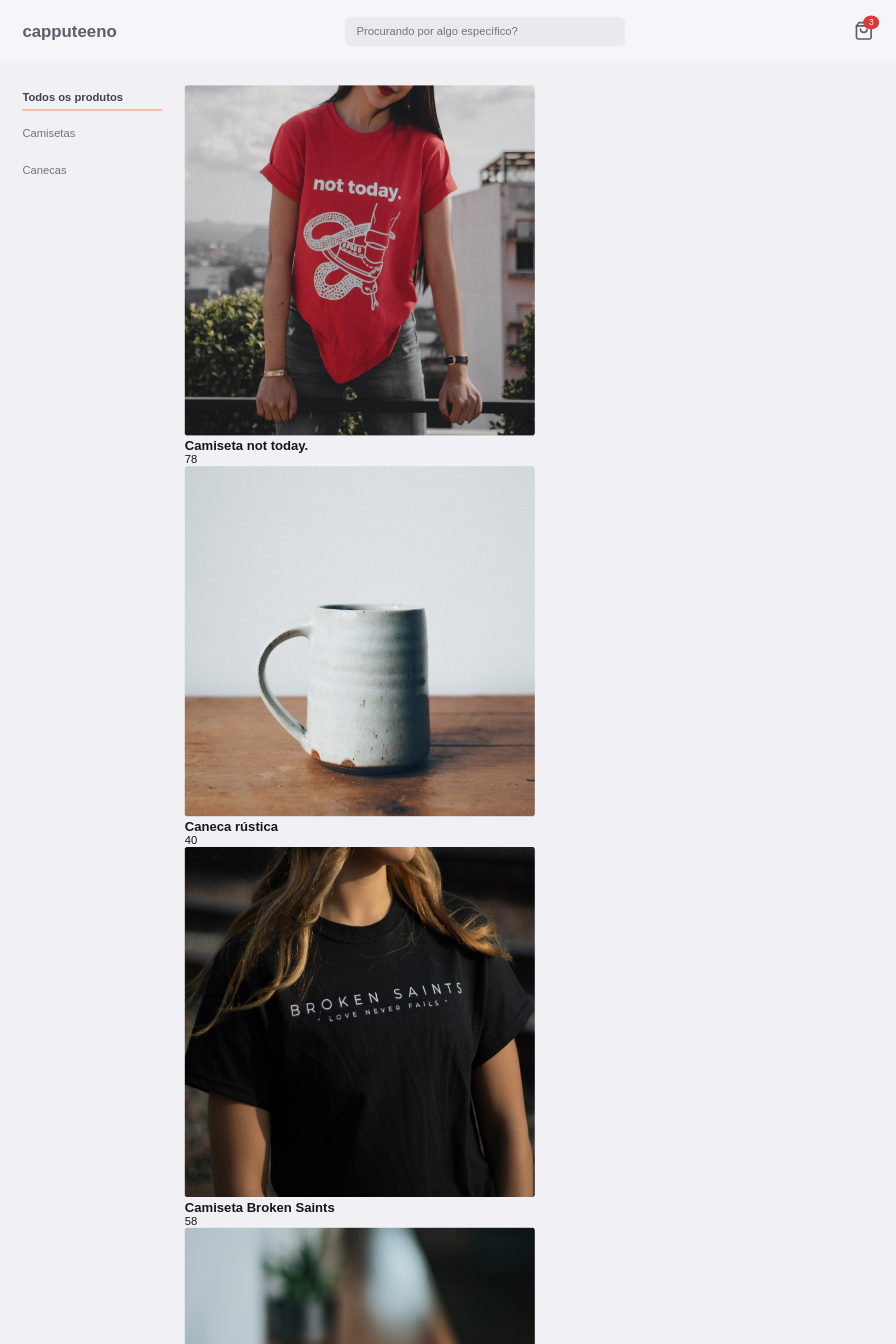
Repository: Biel-barbosa/capputeenoecomerce
Page: /
These files come from the project's save history. The page is drawn as it stood at one moment and after the next save; the edit follows.
The browser window is 1280 px wide. The pictures show the part of the page from y = 0 to 1920 px (the page is 6701 px tall before and 4445 px after), at 70% of full size.
The project was rebuilt for these pictures with package versions that can differ from the ones it lists, and the page was loaded fresh each time. The framework's server and built-in components were replaced by stand-ins that run in the browser. Also part of the build but not shown: next.config.ts.

Above is the page before, as saved 2025-04-22 19:59:33.

### src/app/page.tsx
'use client';
import { useState, useMemo } from 'react';
import styled from 'styled-components';
import Header from '../components/Header';
import CategoryFilter from '../components/CategoryFilter';
import ProductsList from '../components/ProductsList';
import { products as allProducts } from '../data/products';
import { Product } from '../data/products';

const Container = styled.main`
  padding: 2rem;
  display: flex;
  flex-direction: column;
  gap: 2rem;
  background-color: #f0f0f5; // Fundo do body
`;

const ContentWrapper = styled.section`
  display: flex;
  gap: 2rem;
  width: 100%;

  @media (max-width: 768px) {
    flex-direction: column;
  }
`;

const MainContent = styled.div`
  flex: 1;
`;

const HomePage = () => {
  const [selectedCategory, setSelectedCategory] = useState('all');
  const [searchTerm, setSearchTerm] = useState('');

  const filteredProducts = useMemo(() => {
    return allProducts.filter((product: Product) => {
      const matchesCategory =
        selectedCategory === 'all' || product.category === selectedCategory;
      const matchesSearch = product.title
        .toLowerCase()
        .includes(searchTerm.toLowerCase());
      return matchesCategory && matchesSearch;
    });
  }, [selectedCategory, searchTerm]);

  return (
    <>
      <Header onSearch={setSearchTerm} />
      <Container>
        <ContentWrapper>
          <CategoryFilter
            selectedCategory={selectedCategory}
            onSelectCategory={setSelectedCategory}
          />
          <MainContent>
            <ProductsList products={filteredProducts} />
          </MainContent>
        </ContentWrapper>
      </Container>
    </>
  );
};

export default HomePage;

### src/components/Header.tsx
'use client';
import styled from 'styled-components';
import { FiShoppingBag } from 'react-icons/fi';

type HeaderProps = {
  onSearch?: (value: string) => void;
};

const HeaderContainer = styled.header`
  width: 100%;
  padding: 1.5rem 2rem;
  display: flex;
  align-items: center;
  justify-content: space-between;
  background-color: #f5f5fa;
  flex-wrap: wrap;
  gap: 1rem;
`;

const Logo = styled.h1`
  font-size: 1.5rem;
  font-weight: 600;
  color: #5d5d6d;
`;

const SearchInput = styled.input`
  flex: 1;
  max-width: 400px;
  margin: 0 2rem;
  padding: 0.75rem 1rem;
  border: none;
  border-radius: 8px;
  background: #e9e9f0;
  font-size: 1rem;
  color: #737380;

  &:focus {
    outline: 2px solid #115d8c;
  }

  @media (max-width: 768px) {
    margin: 0;
    width: 100%;
    order: 3;
  }
`;

const CartButton = styled.button`
  position: relative;
  background: none;
  border: none;
  cursor: pointer;

  svg {
    font-size: 1.75rem;
    color: #5d5d6d;
  }
`;

const CartCount = styled.span`
  position: absolute;
  top: -8px;
  right: -8px;
  background-color: #de3838;
  color: white;
  border-radius: 50%;
  font-size: 0.75rem;
  padding: 0.25rem 0.5rem;
  line-height: 1;
`;

const Header = ({ onSearch }: HeaderProps) => {
  const cartItemCount = 3; // Trocar por dados reais depois

  return (
    <HeaderContainer>
      <Logo>capputeeno</Logo>

      <SearchInput
        type="text"
        placeholder="Procurando por algo específico?"
        onChange={(e) => onSearch?.(e.target.value)}
      />

      <CartButton>
        <FiShoppingBag />
        <CartCount>{cartItemCount}</CartCount>
      </CartButton>
    </HeaderContainer>
  );
};

export default Header;

### src/components/CategoryFilter.tsx
'use client';
import styled from 'styled-components';

const Wrapper = styled.aside`
  display: flex;
  flex-direction: column;
  gap: 1rem;
  min-width: 200px;

  @media (max-width: 768px) {
    display: none; // Podemos melhorar isso depois com dropdown
  }
`;

const Button = styled.button<{ isActive: boolean }>`
  text-align: left;
  padding: 0.5rem 0;
  border: none;
  background: none;
  font-size: 1rem;
  font-weight: ${({ isActive }) => (isActive ? 'bold' : 'normal')};
  color: ${({ isActive }) => (isActive ? '#41414d' : '#737380')};
  border-bottom: 2px solid ${({ isActive }) => (isActive ? '#ffa585' : 'transparent')};
  cursor: pointer;

  &:hover {
    color: #41414d;
  }
`;

type Props = {
    selectedCategory: string;
    onSelectCategory: (category: string) => void;
};

const CategoryFilter = ({ selectedCategory, onSelectCategory }: Props) => {
    return (
        <Wrapper>
            <Button
                isActive={selectedCategory === 'all'}
                onClick={() => onSelectCategory('all')}
            >
                Todos os produtos
            </Button>
            <Button
                isActive={selectedCategory === 't-shirts'}
                onClick={() => onSelectCategory('t-shirts')}
            >
                Camisetas
            </Button>
            <Button
                isActive={selectedCategory === 'mugs'}
                onClick={() => onSelectCategory('mugs')}
            >
                Canecas
            </Button>
        </Wrapper>
    );
};

export default CategoryFilter;

### src/components/ProductsList.tsx
'use client';
import { useState } from 'react';
import Image from 'next/image'; // Importe o Image do Next.js
import { Product } from '@/data/products'; // Certifique-se de que você tem o tipo de dados correto

const ProductsList = ({ products }: { products: Product[] }) => {
    const [currentPage, setCurrentPage] = useState(1);
    const productsPerPage = 12; // 12 itens por página

    const indexOfLastProduct = currentPage * productsPerPage;
    const indexOfFirstProduct = indexOfLastProduct - productsPerPage;
    const currentProducts = products.slice(indexOfFirstProduct, indexOfLastProduct);

    const paginate = (pageNumber: number) => setCurrentPage(pageNumber);

    const totalPages = Math.ceil(products.length / productsPerPage);

    return (
        <div>
            <div className="grid grid-cols-4 gap-6">
                {currentProducts.map((product) => (
                    <div key={product.id} className="card">
                        <Image
                            src={product.image}
                            alt={product.title}
                            width={500} // Defina um tamanho para a imagem
                            height={500} // Defina um tamanho para a imagem
                        />
                        <h3>{product.title}</h3>
                        <p>{product.price}</p>
                    </div>
                ))}
            </div>
            <div className="pagination">
                <button onClick={() => paginate(currentPage - 1)} disabled={currentPage === 1}>
                    Anterior
                </button>
                {[...Array(totalPages).keys()].map((number) => (
                    <button key={number} onClick={() => paginate(number + 1)}>
                        {number + 1}
                    </button>
                ))}
                <button onClick={() => paginate(currentPage + 1)} disabled={currentPage === totalPages}>
                    Próximo
                </button>
            </div>
        </div>
    );
};

export default ProductsList;

### src/data/products.ts
export type Product = {
    id: string;
    title: string;
    image: string;
    price: number;
    category: 't-shirts' | 'mugs';
    description: string;
    createdAt: Date;
    sales: number;
};

export const products: Product[] = [
    {
        id: '1',
        title: 'Camiseta not today.',
        image: '/images/Camiseta-not-today.jpg',
        price: 78.0,
        category: 't-shirts',
        description: 'Aqui vem um texto descritivo do produto, esta caixa de texto servirá apenas de exemplo para que simule algum texto que venha a ser inserido nesse campo, descrevendo tal produto.',
        createdAt: new Date('2024-03-01'),
        sales: 30,
    },
    {
        id: '2',
        title: 'Caneca rústica',
        image: '/images/Caneca-ceramica-rustica.jpg',
        price: 40.0,
        category: 'mugs',
        description: 'Aqui vem um texto descritivo do produto, esta caixa de texto servirá apenas de exemplo para que simule algum texto que venha a ser inserido nesse campo, descrevendo tal produto.',
        createdAt: new Date('2024-04-10'),
        sales: 80,
    },
    {
        id: '3',
        title: 'Camiseta Broken Saints',
        image: '/images/Camiseta-broken-saints.jpg',
        price: 58.0,
        category: 't-shirts',
        description: 'Aqui vem um texto descritivo do produto, esta caixa de texto servirá apenas de exemplo para que simule algum texto que venha a ser inserido nesse campo, descrevendo tal produto.',
        createdAt: new Date('2024-01-15'),
        sales: 45,
    },
    {
        id: '4',
        title: 'Caneca Black Ring',
        image: '/images/Caneca-Black-Ring.jpg',
        price: 32.0,
        category: 'mugs',
        description: 'Aqui vem um texto descritivo do produto, esta caixa de texto servirá apenas de exemplo para que simule algum texto que venha a ser inserido nesse campo, descrevendo tal produto.',
        createdAt: new Date('2024-02-20'),
        sales: 60,
    },
    {
        id: '5',
        title: 'Camiseta Outcast',
        image: '/images/Camiseta-outcast.jpg',
        price: 89.9,
        category: 't-shirts',
        description: 'Aqui vem um texto descritivo do produto, esta caixa de texto servirá apenas de exemplo para que simule algum texto que venha a ser inserido nesse campo, descrevendo tal produto.',
        createdAt: new Date('2024-04-05'),
        sales: 50,
    },
    {
        id: '6',
        title: 'Caneca The Grounds',
        image: '/images/Caneca-The-Grounds.jpg',
        price: 85.0,
        category: 'mugs',
        description: 'Aqui vem um texto descritivo do produto, esta caixa de texto servirá apenas de exemplo para que simule algum texto que venha a ser inserido nesse campo, descrevendo tal produto.',
        createdAt: new Date('2024-03-10'),
        sales: 75,
    },
    {
        id: '7',
        title: 'Camiseta evening',
        image: '/images/Camiseta-evening.jpg',
        price: 69.9,
        category: 't-shirts',
        description: 'Aqui vem um texto descritivo do produto, esta caixa de texto servirá apenas de exemplo para que simule algum texto que venha a ser inserido nesse campo, descrevendo tal produto.',
        createdAt: new Date('2024-03-11'),
        sales: 62,
    },
    {
        id: '8',
        title: 'Caneca preto fosco',
        image: '/images/Caneca-preto-fosco.jpg',
        price: 28.0,
        category: 'mugs',
        description: 'Aqui vem um texto descritivo do produto, esta caixa de texto servirá apenas de exemplo para que simule algum texto que venha a ser inserido nesse campo, descrevendo tal produto.',
        createdAt: new Date('2024-03-12'),
        sales: 58,
    },
    {
        id: '9',
        title: 'Caneca Never settle',
        image: '/images/Caneca-Never-settle.jpg',
        price: 43.0,
        category: 'mugs',
        description: 'Aqui vem um texto descritivo do produto, esta caixa de texto servirá apenas de exemplo para que simule algum texto que venha a ser inserido nesse campo, descrevendo tal produto.',
        createdAt: new Date('2024-03-13'),
        sales: 54,
    },
    {
        id: '10',
        title: 'Caneca Rocketseat',
        image: '/images/Caneca-Decaf!-P&Co.jpg',
        price: 59.9,
        category: 'mugs',
        description: 'Aqui vem um texto descritivo do produto, esta caixa de texto servirá apenas de exemplo para que simule algum texto que venha a ser inserido nesse campo, descrevendo tal produto.',
        createdAt: new Date('2024-03-14'),
        sales: 48,
    },
    {
        id: '11',
        title: 'Camiseta DREAMER',
        image: '/images/Camiseta-DREAMER.jpg',
        price: 55.0,
        category: 't-shirts',
        description: 'Aqui vem um texto descritivo do produto, esta caixa de texto servirá apenas de exemplo para que simule algum texto que venha a ser inserido nesse campo, descrevendo tal produto.',
        createdAt: new Date('2024-03-15'),
        sales: 52,
    },
    {
        id: '12',
        title: 'Caneca Decaf! P&Co',
        image: '/images/Caneca-Decaf!-P&Co.jpg',
        price: 32.0,
        category: 'mugs',
        description: 'Aqui vem um texto descritivo do produto, esta caixa de texto servirá apenas de exemplo para que simule algum texto que venha a ser inserido nesse campo, descrevendo tal produto.',
        createdAt: new Date('2024-03-16'),
        sales: 70,
    },
    {
        id: '13',
        title: 'Camiseta javaScript',
        image: '/images/Camiseta-not-today.jpg',
        price: 13.0,
        category: 't-shirts',
        description: 'Aqui vem um texto descritivo do produto, esta caixa de texto servirá apenas de exemplo para que simule algum texto que venha a ser inserido nesse campo, descrevendo tal produto.',
        createdAt: new Date('2024-03-16'),
        sales: 70,
    },
    {
        id: '14',
        title: 'Caneca phyton',
        image: '/images/Caneca-Black-Ring.jpg',
        price: 22.0,
        category: 'mugs',
        description: 'Aqui vem um texto descritivo do produto, esta caixa de texto servirá apenas de exemplo para que simule algum texto que venha a ser inserido nesse campo, descrevendo tal produto.',
        createdAt: new Date('2024-03-16'),
        sales: 70,
    },
];

export function getProductById(id: string) {
    return products.find((product) => product.id === id);
}

Loaded but not shown: src/app/layout.tsx (common file); src/app/globals.css (common file)

After the next save:
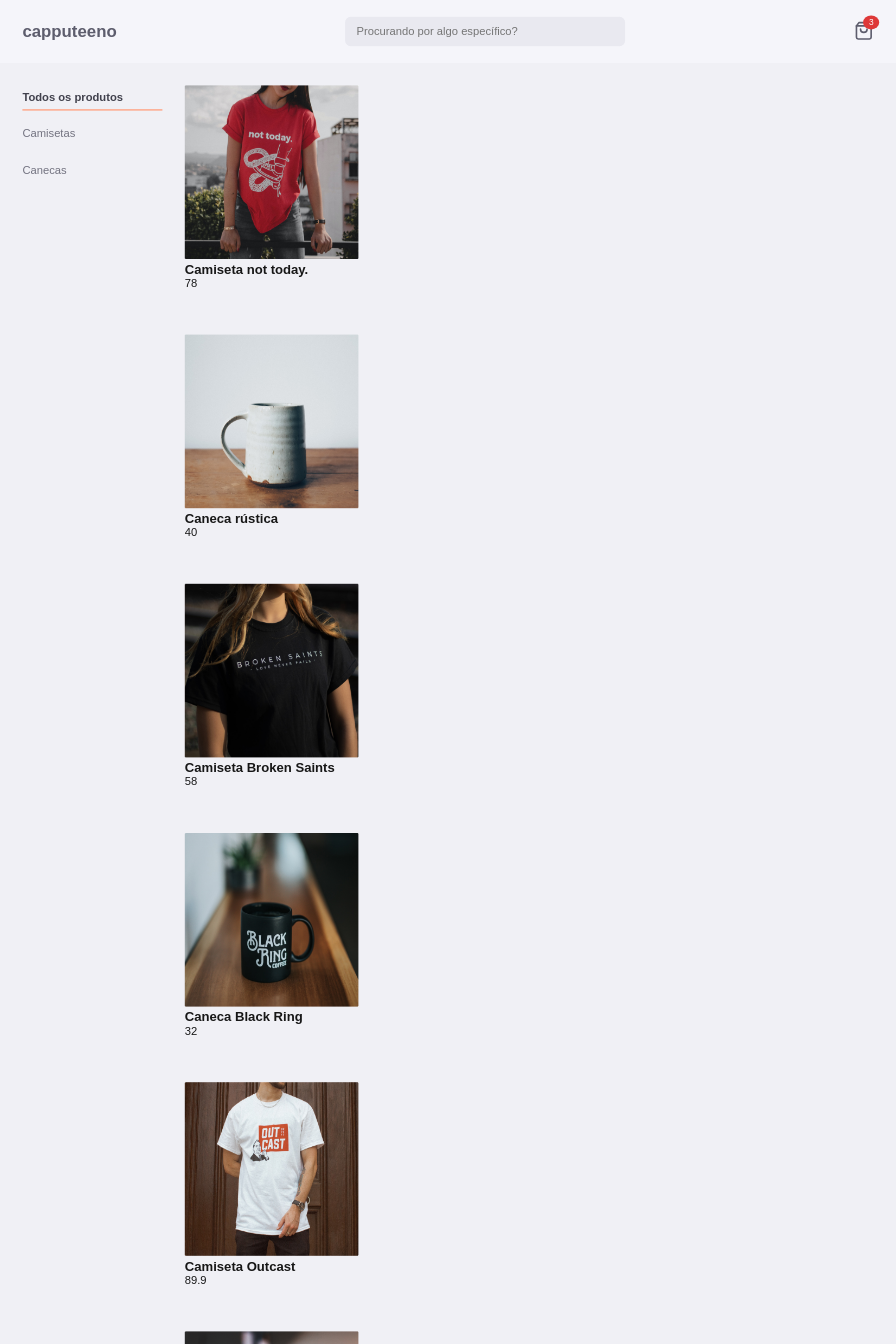
Saved 2 min 53 s later.
--- a/src/components/ProductsList.tsx
+++ b/src/components/ProductsList.tsx
@@ -16,31 +16,48 @@ const ProductsList = ({ products }: { products: Product[] }) => {
     const totalPages = Math.ceil(products.length / productsPerPage);
 
     return (
-        <div>
+        <div className="bg-[#F0F0F5] p-8">
             <div className="grid grid-cols-4 gap-6">
                 {currentProducts.map((product) => (
-                    <div key={product.id} className="card">
+                    <div
+                        key={product.id}
+                        className="flex flex-col items-center bg-white p-4 rounded-lg shadow-lg"
+                        style={{ width: '248px', height: '356px' }} // Tamanho fixo do card
+                    >
                         <Image
                             src={product.image}
                             alt={product.title}
-                            width={500} // Defina um tamanho para a imagem
-                            height={500} // Defina um tamanho para a imagem
+                            width={248} // Largura da imagem
+                            height={248} // Altura da imagem (ajustada para ficar proporcional ao card)
+                            className="object-cover rounded-md" // Garante que a imagem não distorça
                         />
-                        <h3>{product.title}</h3>
-                        <p>{product.price}</p>
+                        <h3 className="mt-2 text-lg font-semibold text-center">{product.title}</h3>
+                        <p className="text-sm text-center mt-1">{product.price}</p>
                     </div>
                 ))}
             </div>
-            <div className="pagination">
-                <button onClick={() => paginate(currentPage - 1)} disabled={currentPage === 1}>
+            <div className="pagination mt-6 flex justify-center gap-4">
+                <button
+                    onClick={() => paginate(currentPage - 1)}
+                    disabled={currentPage === 1}
+                    className="bg-gray-300 text-gray-700 px-4 py-2 rounded-md"
+                >
                     Anterior
                 </button>
                 {[...Array(totalPages).keys()].map((number) => (
-                    <button key={number} onClick={() => paginate(number + 1)}>
+                    <button
+                        key={number}
+                        onClick={() => paginate(number + 1)}
+                        className={`px-4 py-2 rounded-md ${currentPage === number + 1 ? 'bg-blue-500 text-white' : 'bg-white text-gray-700'}`}
+                    >
                         {number + 1}
                     </button>
                 ))}
-                <button onClick={() => paginate(currentPage + 1)} disabled={currentPage === totalPages}>
+                <button
+                    onClick={() => paginate(currentPage + 1)}
+                    disabled={currentPage === totalPages}
+                    className="bg-gray-300 text-gray-700 px-4 py-2 rounded-md"
+                >
                     Próximo
                 </button>
             </div>
